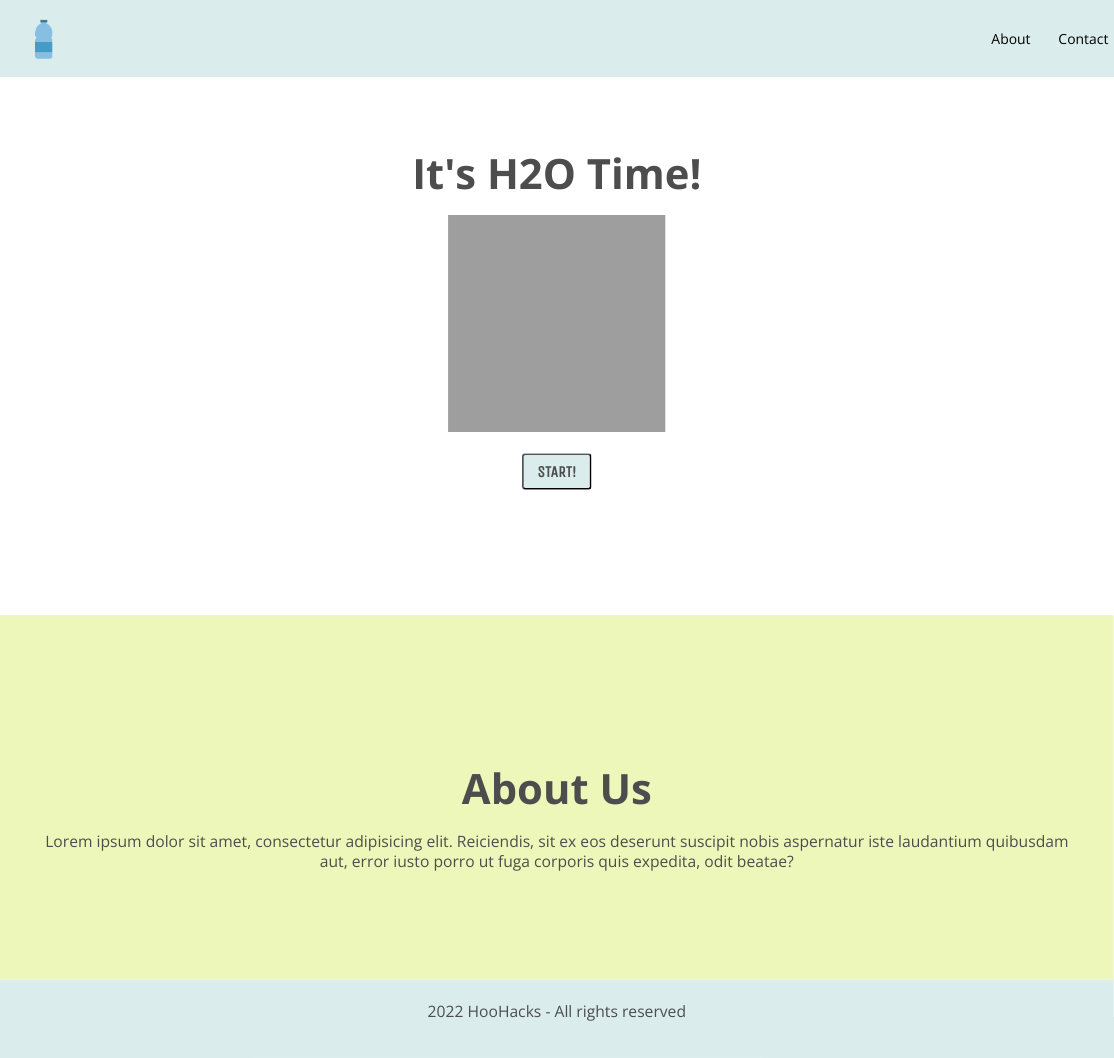
Repository: jennyjjung/H2ODaily
Page: index.html
These files come from the project's save history. The page is drawn as it stood at one moment and after the next save; the edit follows.
The browser window is 1280 px wide. The pictures show the whole page, at 87% of full size.
Pictures or frames that could not be fetched are drawn as grey boxes.

Above is the page before, as saved 2022-03-26 18:37:27.

After the next save:
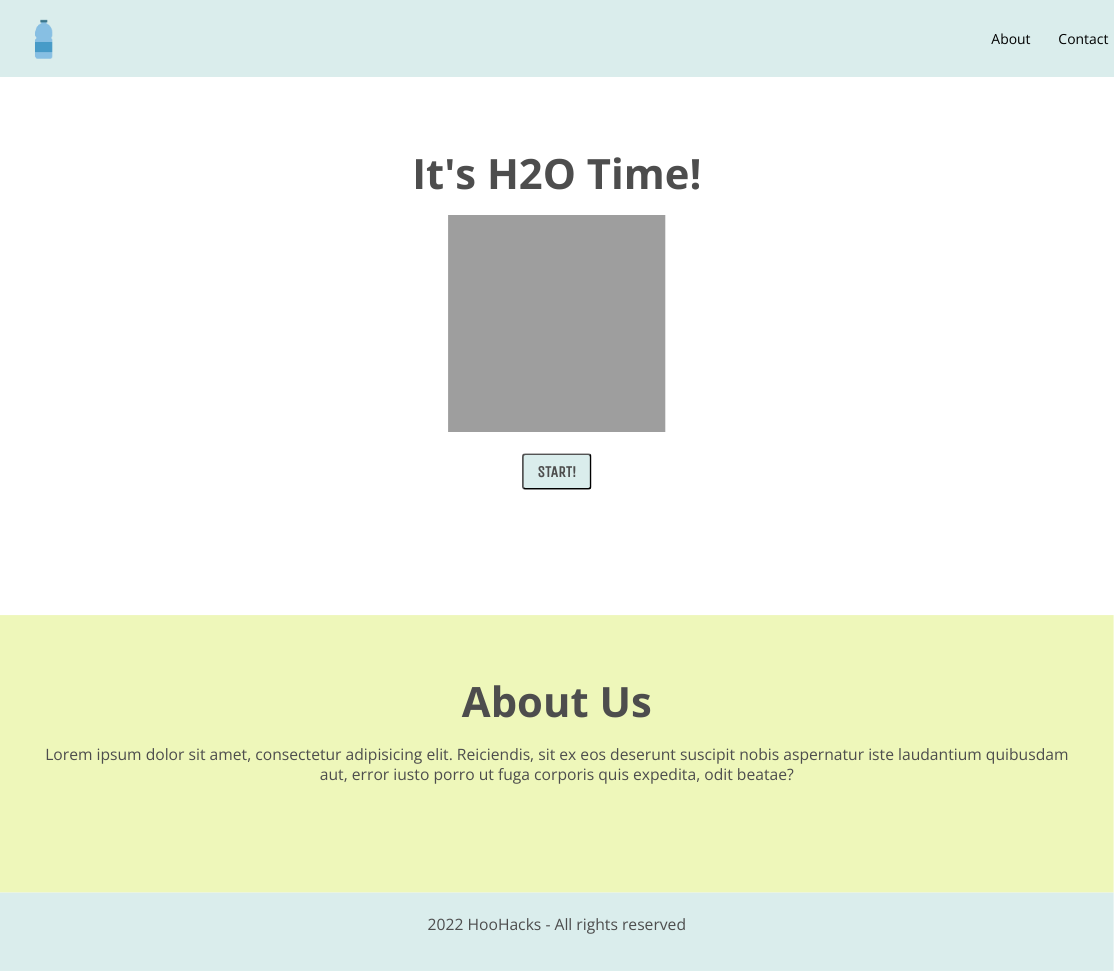
Saved 16 s later.
--- a/style.css
+++ b/style.css
@@ -136,5 +136,5 @@ a {
 /* About */
 #about {
   background-color: var(--color-yellow);
-  padding: 150px 40px 120px 40px;
+  padding: 50px 40px 120px 40px;
 }
